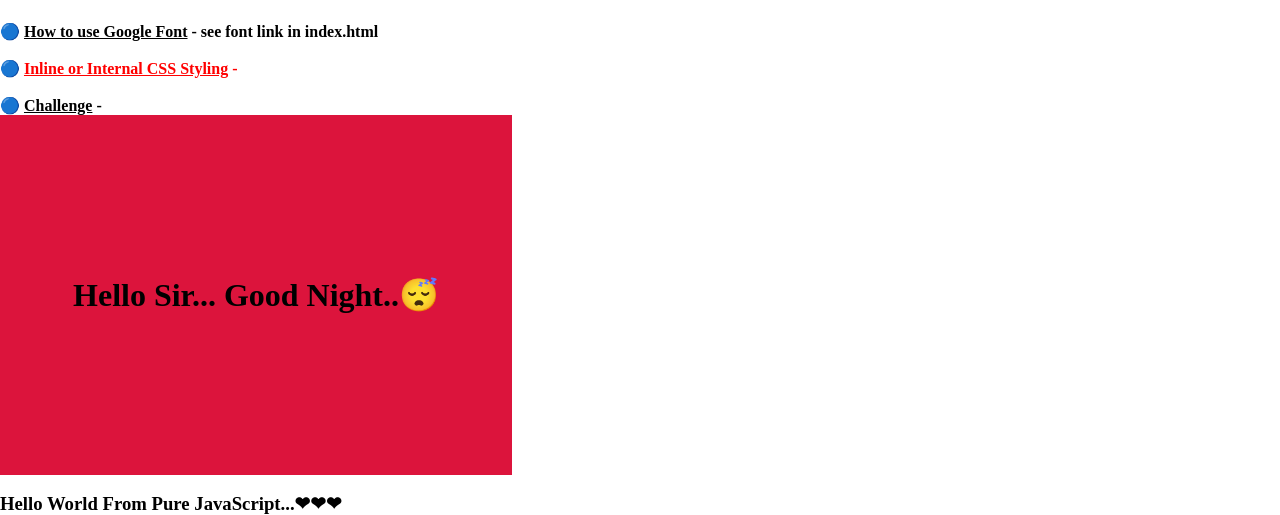
Repository: AalokJadhav/Being_ReactJS
Page: /
The author's editor kept a copy of each file at every save. The page is drawn from the files as they stood at one save, then again after the next save.
The browser window is 1280 px wide. The pictures show the part of the page from y = 620 to 1135 px (the page is 1135 px tall).
The project was rebuilt for these pictures with package versions that can differ from the ones it lists, and the page was loaded fresh each time.

Above is the page before, as saved 2021-10-15 00:28:18.

After the next save:
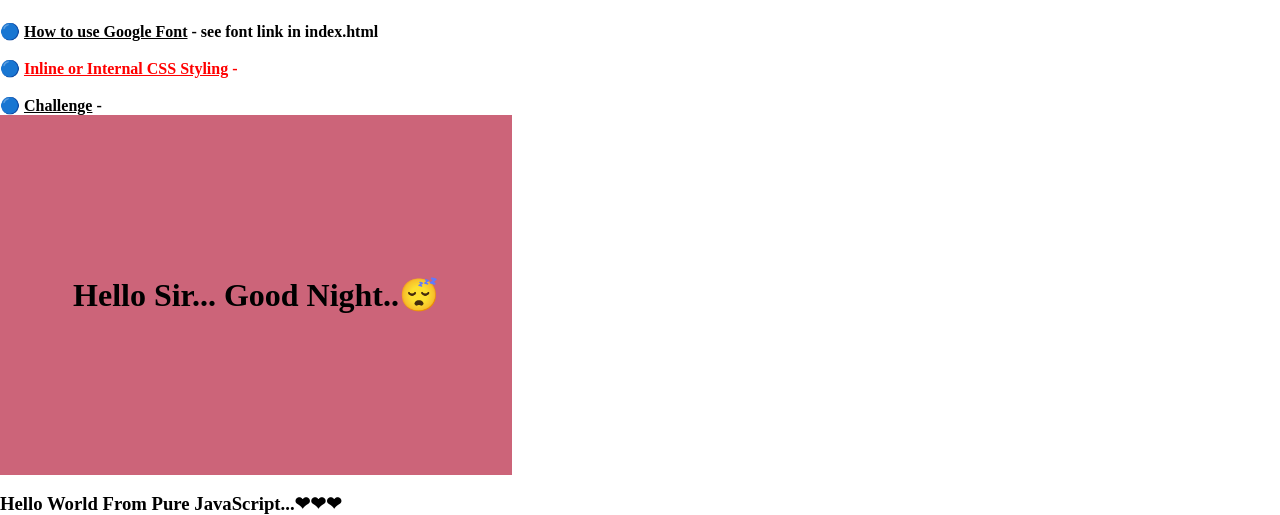
Saved 12 s later.
--- a/src/index.css
+++ b/src/index.css
@@ -36,7 +36,7 @@ code {
 }
 
 .challenge1 {
-  background-color: crimson;
+  background-color: rgb(204, 100, 121);
   width: 40%;
   height: 50vh;
   display: flex;
